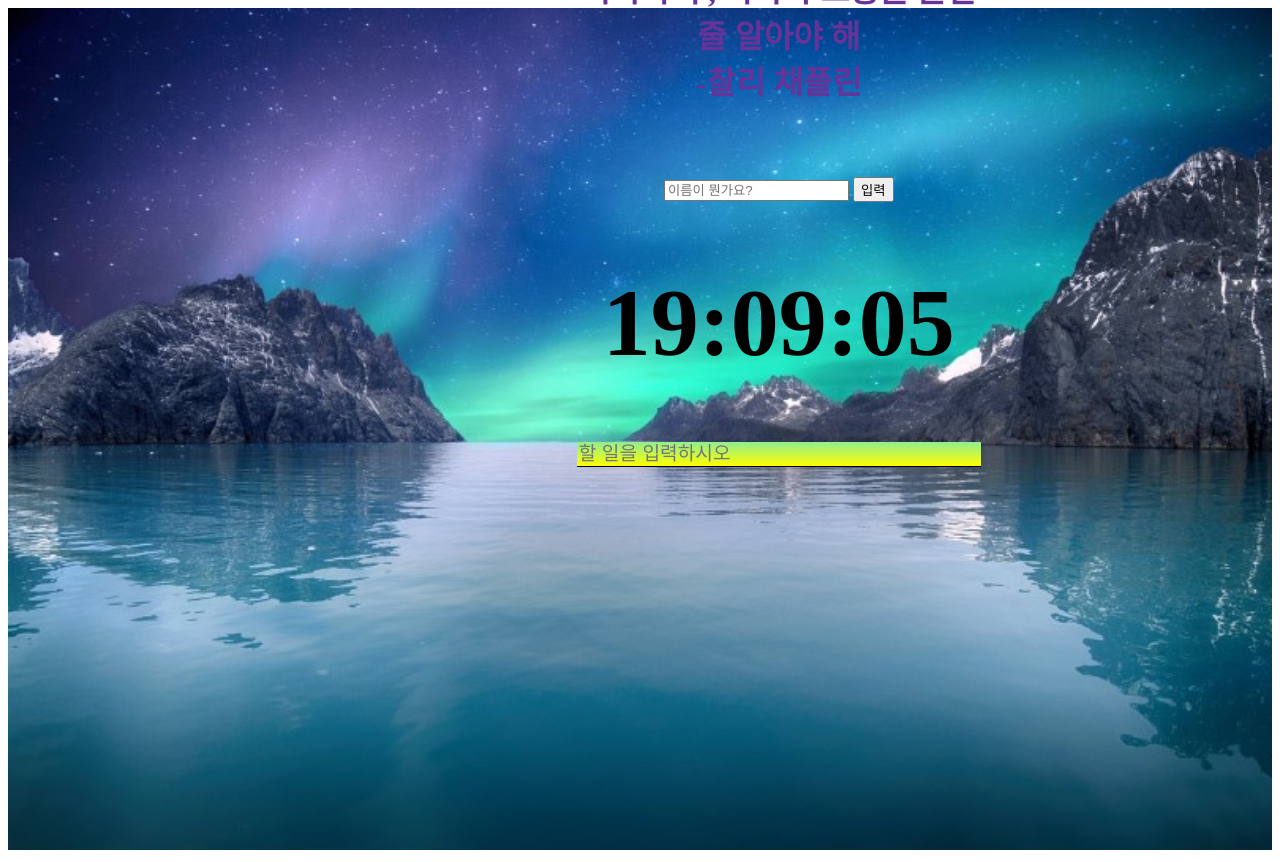
Repository: jun01270/F-E-practice
Page: index.html
The author's editor kept a copy of each file at every save. The page is drawn from the files as they stood at one save, then again after a run of saves.
The browser window is 1280 px wide. The pictures show the whole page.

Above is the page before, as saved 2023-01-10 19:19:45.

### index.html
<!DOCTYPE html>
<html lang="en">
  <head>
    <meta charset="UTF-8" />
    <meta http-equiv="X-UA-Compatible" content="IE=edge" />
    <meta name="viewport" content="width=device-width, initial-scale=1.0" />
    <link rel="stylesheet" href="/css/style.css" />
    <title>Document</title>
  </head>
  <body>
    <div id="all">
      <form id="userName-form" class="hidden">
        <input required type="text" placeholder="이름이 뭔가요?" />
        <input type="submit" value="입력" />
      </form>
      <h1 id="result"></h1>
      <h1 id="clock">00:00:00</h1>
      <form id="todo-form">
        <input id="input-blank" type="text" placeholder="할 일을 입력하시오" />
      </form>
      <ul id="todo-list"></ul>
      <div id="quote">
        <span></span>
        <div></div>
      </div>
    </div>
    <script src="/js/greeting.js"></script>
    <script src="/js/clock.js"></script>
    <script src="/js/quotes.js"></script>
    <script src="/js/background.js"></script>
    <script src="js/todo.js"></script>
    <script src="/js/weather.js"></script>
  </body>
</html>

### css/style.css
.hidden {
  display: none;
}

#background {
  width: 100%;
  height: 100%;
  padding: 0;
}

body {
  position: relative;
}

#all {
  position: absolute;
  top: 20%;
  left: 45%;
  text-align: center;
}

#clock {
  font-size: 600%;
}

#input-blank {
  width: 400px;
  border-top: none;
  border-left: none;
  border-right: none;
  border-bottom: 1px solid black;
}

#todo-list {
  color: yellow;
}

#quote {
  position: absolute;
  bottom: 380px;
  color: rebeccapurple;
  font-size: xx-large;
  font-weight: bold;
}

#input-blank {
  background: linear-gradient(to top, yellow, lightGreen);
  font-size: larger;
}

#todo-list {
  list-style: none;
}

### js/greeting.js
const userNameBtn = document.querySelector("#userName-form submit");
const userName = document.querySelector("#userName-form input");
const loginForm = document.querySelector("#userName-form");
const firstH1 = document.getElementById("result");
const SavedUserName = localStorage.getItem("username");
const HIDDEN_CLASSNAME = "hidden";

function loginResult(e) {
  e.preventDefault();
  loginForm.classList.add(HIDDEN_CLASSNAME);
  const userName1 = userName.value;
  localStorage.setItem("username", userName1);
  paintUserName();
}

function paintUserName() {
  const userName1 = localStorage.getItem("username");
  firstH1.innerText = `Hello ${userName1}`;
  firstH1.classList.remove(HIDDEN_CLASSNAME);
}

if (SavedUserName === null) {
  loginForm.classList.remove(HIDDEN_CLASSNAME);
  loginForm.addEventListener("submit", loginResult);
} else {
  paintUserName();
}

function deleteUserName() {
  localStorage.removeItem("username");
  location.reload();
}

### js/clock.js
const all = document.querySelector("div#all");
const clock = all.querySelector("h1#clock");

function getClock() {
  const date = new Date();
  let Hours = String(date.getHours()).padStart(2, "0");
  let Minutes = String(date.getMinutes()).padStart(2, "0");
  let Seconds = String(date.getSeconds()).padStart(2, "0");
  // console.log(`${date.getHours()}:${date.getMinutes()}:${date.getSeconds()}`);
  clock.innerText = `${Hours}:${Minutes}:${Seconds}`;
}

getClock();
setInterval(getClock, 1000);

### js/quotes.js
const quotes = [
  {
    quote: "삶이 있는 한 희망은 있다",
    author: "-키케로",
  },
  {
    quote: "산다는것 그것은 치열한 전투이다.",
    author: "-로망로랑",
  },
  {
    quote: "하루에 3시간을 걸으면 7년 후에 지구를 한바퀴 돌 수 있다. ",
    author: "-사무엘존슨",
  },
  {
    quote: "언제나 현재에 집중할수 있다면 행복할것이다. ",
    author: "-파울로 코엘료",
  },
  {
    quote:
      "진정으로 웃으려면 고통을 참아야하며 , 나아가 고통을 즐길 줄 알아야 해 ",
    author: "-찰리 채플린",
  },
  {
    quote: "직업에서 행복을 찾아라. 아니면 행복이 무엇인지 절대 모를 것이다 ",
    author: "-엘버트 허버드",
  },
  {
    quote: "신은 용기있는자를 결코 버리지 않는다 ",
    author: "-켄러",
  },
  {
    quote: "피할수 없으면 즐겨라 ",
    author: "–로버트 엘리엇",
  },
];
const quoteCount = quotes.length;
const quote = document.querySelector("#quote span");
const author = document.querySelector("#quote div");

function showQuote() {
  const todaysQuote = quotes[Math.floor(Math.random() * quoteCount)];
  quote.innerText = todaysQuote.quote;
  author.innerText = todaysQuote.author;
}

showQuote();
setInterval(showQuote, 5000);

### js/background.js
const images = ["moon.jpg", "river.jpg", "orora.jpg"];
const chosenImage = images[Math.floor(Math.random() * images.length)];
const bgImage = document.createElement("img");
const content = document.getElementById("wrapper");
bgImage.id = "background";

bgImage.src = `img/${chosenImage}`;

document.body.appendChild(bgImage);
// bgImage.appendChild(content);

console.log(content);

### js/todo.js
const toDoForm = document.getElementById("todo-form");
const toDoInput = document.querySelector("#todo-form input");
const toDoLists = document.getElementById("todo-list");
const toDoId = document.querySelector("ul#todo-list li");
const TODOS_KEY = "todos";
let toDos = [];

function saveToDoLists() {
  localStorage.setItem(TODOS_KEY, JSON.stringify(toDos));
}

function deleteToDo(e) {
  const toDoList = e.target.parentNode;
  toDoList.remove();
  toDos = toDos.filter((toDo) => toDo.id !== parseInt(toDoList.id));
  saveToDoLists();
}

function paintToDo(newToDoObj) {
  const listOfToDo = document.createElement("li");
  listOfToDo.id = newToDoObj.id;
  const span = document.createElement("span");
  span.innerText = newToDoObj.text;
  const deleteButton = document.createElement("button");
  deleteButton.innerText = "❌";
  deleteButton.addEventListener("click", deleteToDo);
  listOfToDo.appendChild(span);
  listOfToDo.appendChild(deleteButton);
  toDoLists.appendChild(listOfToDo);
}

function handleToDoSubmit(e) {
  e.preventDefault();
  const newToDo = toDoInput.value;
  toDoInput.value = "";
  const newToDoObj = {
    text: newToDo,
    id: toDos.length + 1,
  };
  toDos.push(newToDoObj);
  paintToDo(newToDoObj);
  saveToDoLists();
}

toDoForm.addEventListener("submit", handleToDoSubmit);

const getToDo = localStorage.getItem(TODOS_KEY);
if (getToDo !== null) {
  const parseToDo = JSON.parse(getToDo);
  toDos = parseToDo;
  parseToDo.forEach(paintToDo);
}

### js/weather.js
const API_KEY = "fbf7375beaa21a73574692bdaef4a2e7";

function onGeoSuc(position) {
  const lat = position.coords.latitude;
  const lon = position.coords.longitude;
  console.log("Your position is", lat, lon);
  const url = `https://api.openweathermap.org/geo/1.0/reverse?lat=${lat}&lon=${lon}&limit={limit}&appid=${API_KEY}`;
  console.log(url);
}

function onGeoErr() {
  alert("위치를 찾을 수 없습니다.");
}
navigator.geolocation.getCurrentPosition(onGeoSuc, onGeoErr);

After the next 2 saves:
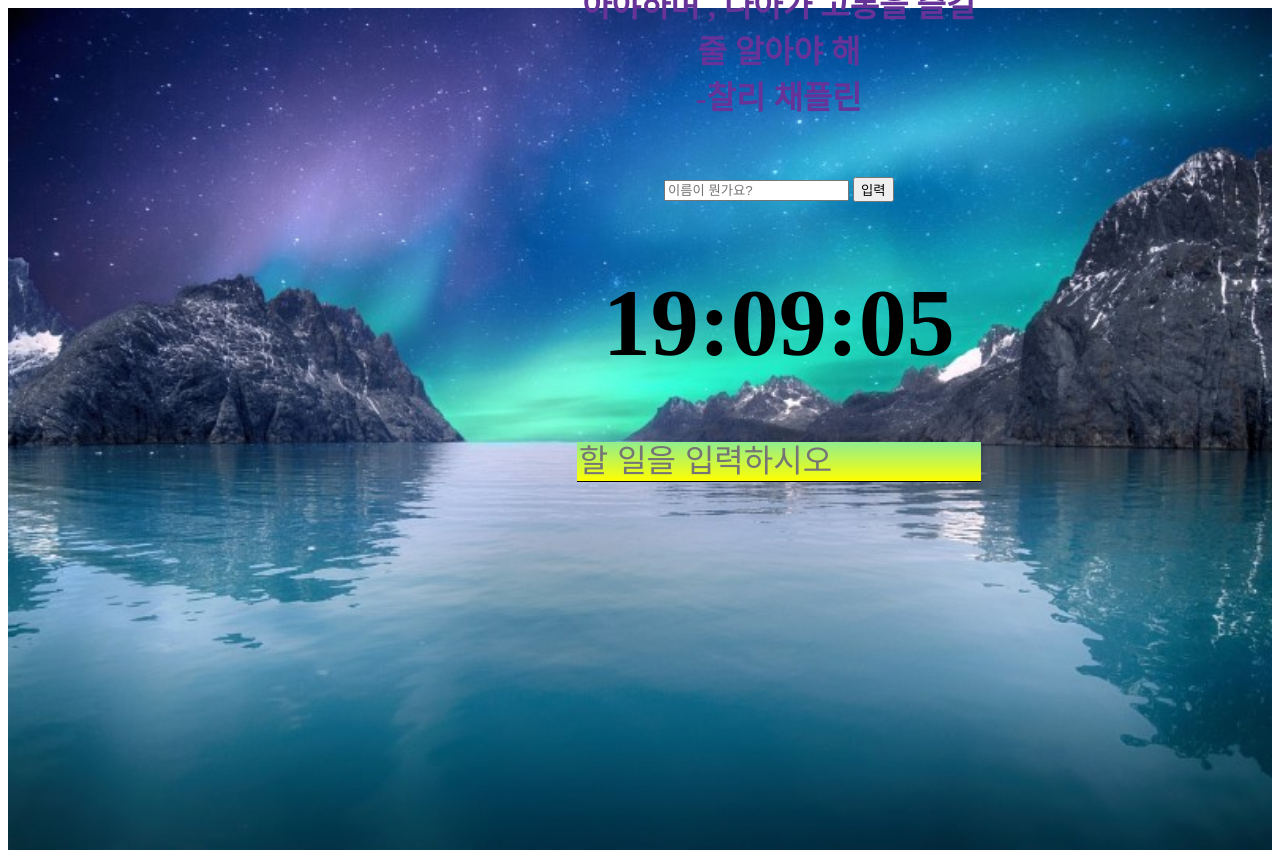
The 2 saves are shown as one change because they came seconds apart.
The last was saved 6 s later.
--- a/css/style.css
+++ b/css/style.css
@@ -45,7 +45,7 @@ body {
 
 #input-blank {
   background: linear-gradient(to top, yellow, lightGreen);
-  font-size: larger;
+  font-size: xx-large;
 }
 
 #todo-list {
